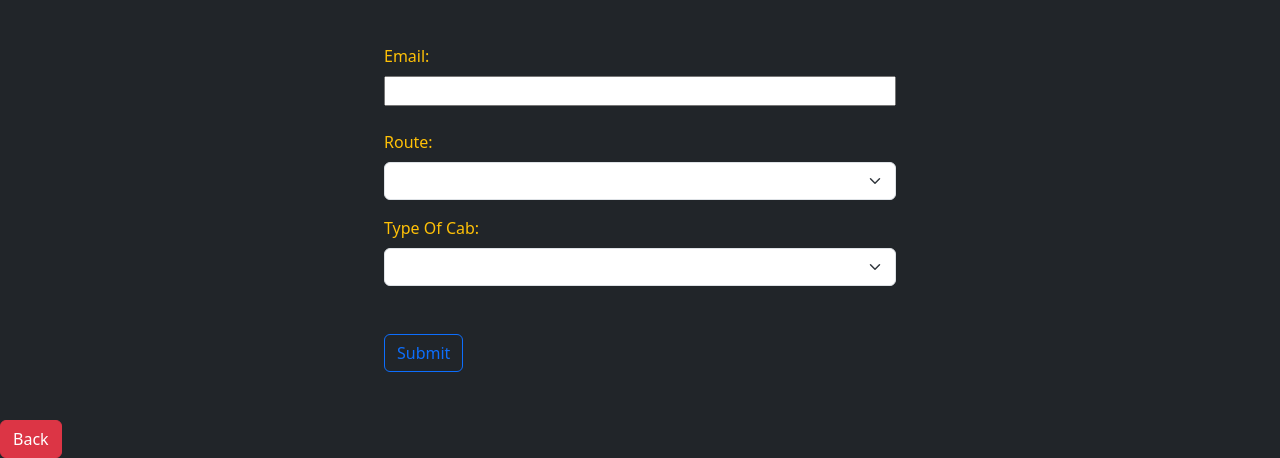
Repository: Jannis-Buschhaus/simplilearn-assessment-phase3
Page: http://localhost/bookingForm
These files come from the project's save history. The page is drawn as it stood at one moment and after the next save; the edit follows.
The browser window is 1280 px wide. The pictures show the part of the page from y = 288 to 746 px (the page is 746 px tall before and 720 px after).
The page is this project's Thymeleaf template; nobody is signed in. The template is opened directly, without the code that normally fills it, so the values that code supplies are empty.

Above is the page before, as saved 2024-07-08 09:46:43.

### BookingService/src/main/resources/templates/bookingForm.html
<!DOCTYPE html>
<html xmlns:th="http://www.thymeleaf.org">
<head>
<meta charset="UTF-8">
<title>Place a booking</title>
<link
	href="https://cdn.jsdelivr.net/npm/bootstrap@5.3.3/dist/css/bootstrap.min.css"
	rel="stylesheet"
	integrity="sha384-QWTKZyjpPEjISv5WaRU9OFeRpok6YctnYmDr5pNlyT2bRjXh0JMhjY6hW+ALEwIH"
	crossorigin="anonymous">
<link href="/style.css" rel="stylesheet">
</head>
<body class="bg-dark">

	<div class="heading">
		<h1 class="text-danger text-center">Order your cab now!</h1>
		<h4 class="text-primary text-center">Your cab will arrive within
			10 to 15 minutes.</h4>
	</div>

	<img class="header"
		src="https://images.pexels.com/photos/2399254/pexels-photo-2399254.jpeg?auto=compress&cs=tinysrgb&w=1260&h=750&dpr=1" />

	<div class="menu-container">

		<span class="h2 text-warning" th:text="${msg}"></span>

		<form style="width: 40%;" method="post" action="placeBooking">
			<div class="mb-3">
				<label class="form-label text-warning" for="email">Email: </label>
				<input style="width: 100%;" class="form-label" type="text" name="email" required />
			</div>

			<div class="mb-3">
				<label class="form-label text-warning" for="route">Route:</label>
				<select class="form-select" name="route">
					<div th:each="f:${cabFares}">
						<option th:value="${f}"><span th:text="${f}"></span></option>
					</div>
				</select>
			</div>

			<div class="mb-5">
				<label class="form-label text-warning" for="typeOfCab">Type Of Cab: </label>
				<select class="form-select" name="typeOfCab">
					<div th:each="t:${cabTypes}">
						<option th:value="${t.cabType}">
							<span th:text="${t.cabType}"></span>
						</option>
					</div>
				</select>
			</div>

			<div class="mb-5">
				<button class="btn btn-large btn-outline-primary text-center" type="submit" value="Submit">Submit</button>
			</div>
		</form>

	</div>

	<a class="btn btn-large btn-danger text-center" href="/booking/">Back</a>
</body>
</html>

### BookingService/src/main/resources/static/style.css
@charset "UTF-8";

.header {
	width: 100%;
	object-fit: cover;
	object-position: 0 -150px;
	height: 40vh;
}

.menu-container {
	margin-top: 5vh;
	display: flex;
	flex-direction: column;
	justify-content: center;
	align-items: center;
}

.heading {
	position: absolute;
	display: flex;
	align-items: center;
	justify-content: center;
	flex-direction: column;
	width: 100%;
	height: 40vh;
	-webkit-text-stroke: 2px;
	-webkit-text-stroke-color: black;
}

After the next save:
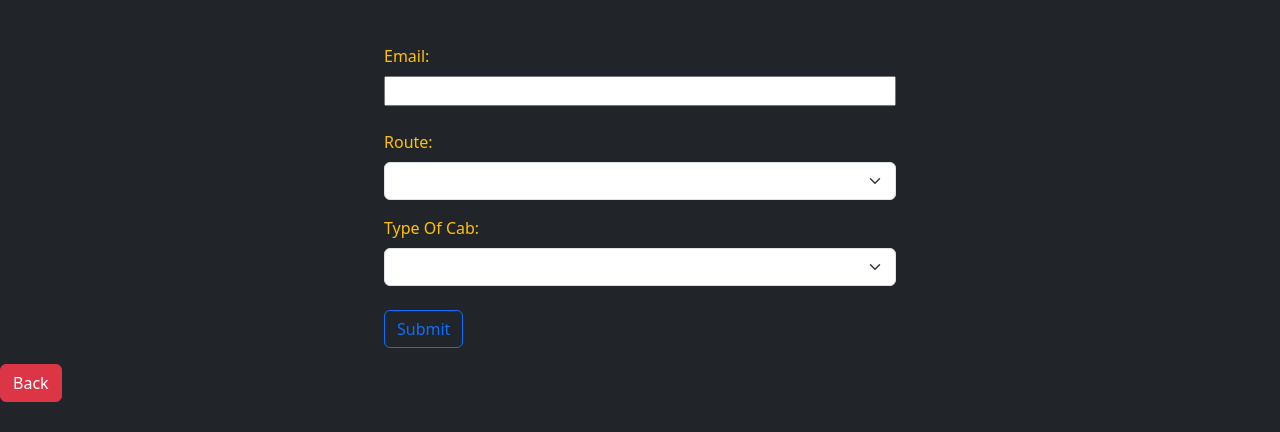
Saved 10 s later.
--- a/BookingService/src/main/resources/templates/bookingForm.html
+++ b/BookingService/src/main/resources/templates/bookingForm.html
@@ -40,7 +40,7 @@
 				</select>
 			</div>
 
-			<div class="mb-5">
+			<div class="mb-4">
 				<label class="form-label text-warning" for="typeOfCab">Type Of Cab: </label>
 				<select class="form-select" name="typeOfCab">
 					<div th:each="t:${cabTypes}">
@@ -51,7 +51,7 @@
 				</select>
 			</div>
 
-			<div class="mb-5">
+			<div class="mb-3">
 				<button class="btn btn-large btn-outline-primary text-center" type="submit" value="Submit">Submit</button>
 			</div>
 		</form>
